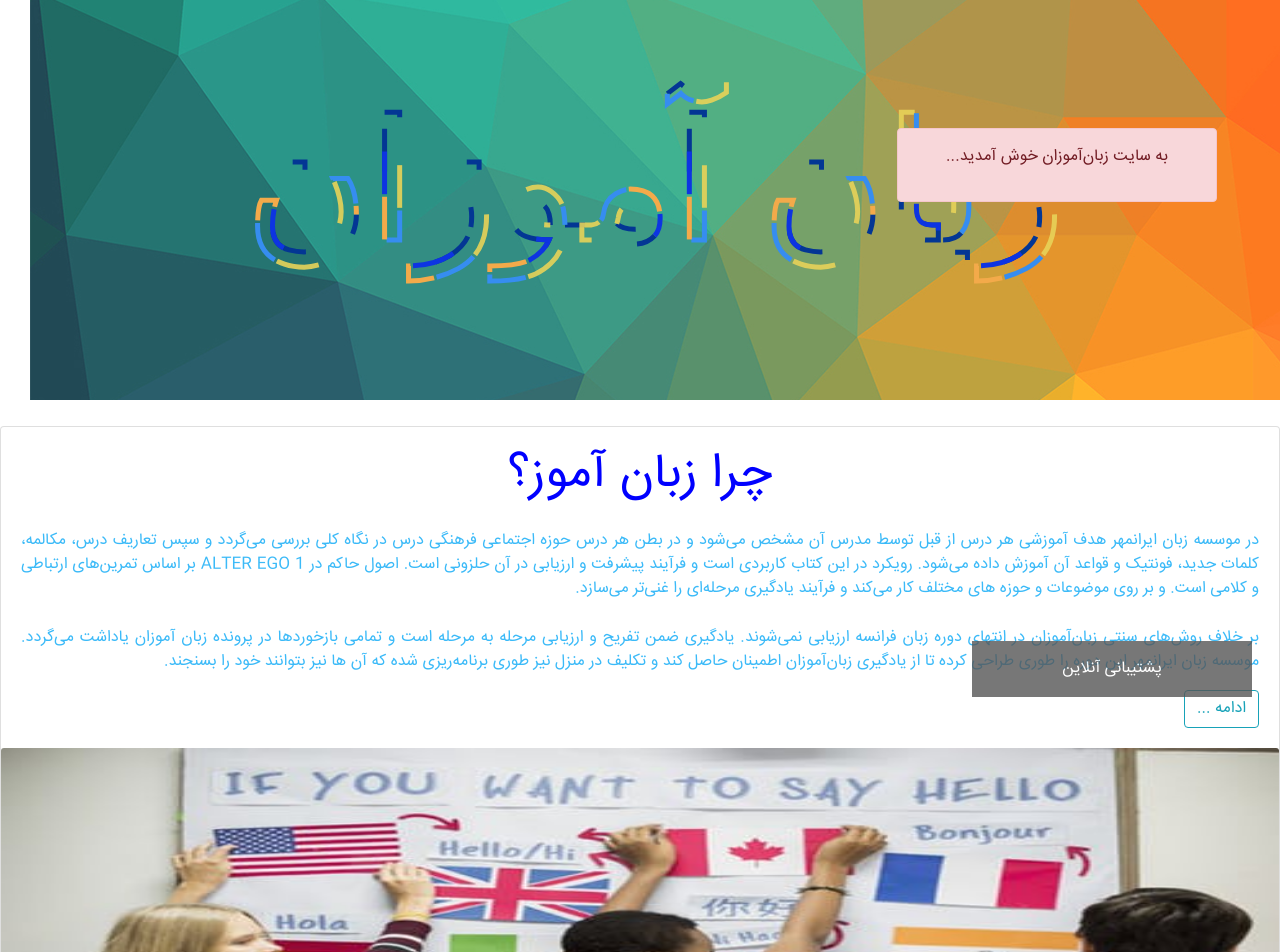
Repository: nikmahla/ZabanAmozan
Page: LanguageWebSite.html
The author's editor kept a copy of each file at every save. The page is drawn from the files as they stood at one save, then again after the next save.
The browser window is 1280 px wide. The pictures show the part of the page from y = 0 to 952 px (the page is 3961 px tall).
A picture or video elsewhere on the page could not be fetched, so the positions and the page height are approximate.

Above is the page before, as saved 2019-10-11 21:59:40.

After the next save:
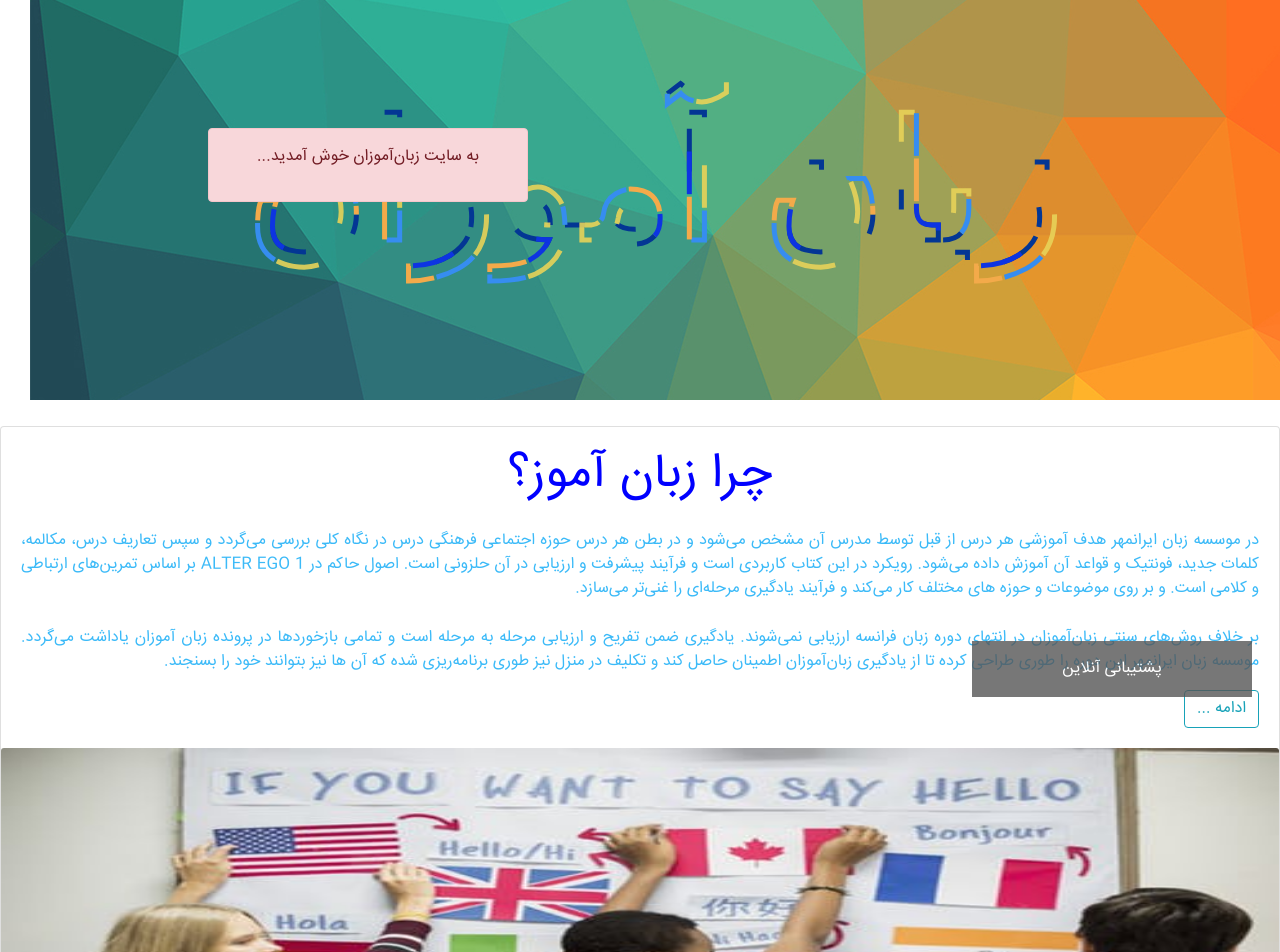
Saved 4 s later.
--- a/css/stylesheet.css
+++ b/css/stylesheet.css
@@ -265,7 +265,7 @@ footer a:hover {
 #alert {
     position: fixed;
     top: 5rem;
-    left: ;
+    left: 10rem;
     width: 25%;
     display: none;
 }
